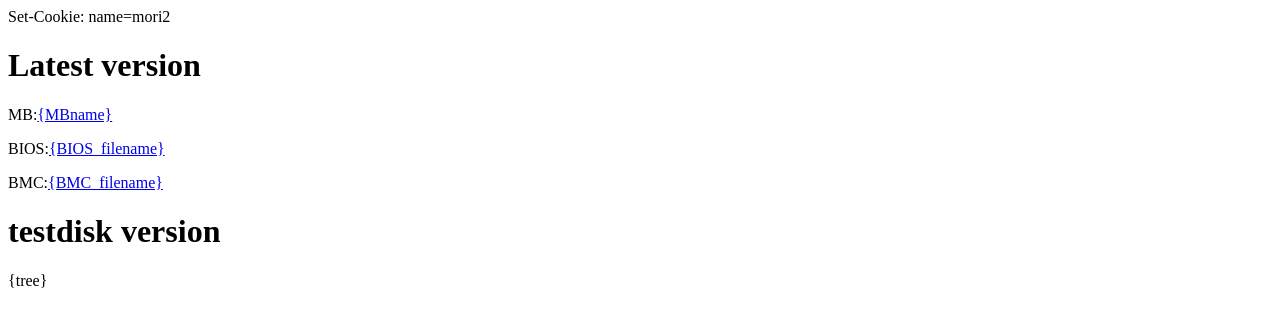
Repository: tttt1213/BIOSversion
Page: result.html
These files come from the project's save history. The page is drawn as it stood at one moment and after the next save; the edit follows.
The browser window is 1280 px wide. The pictures show the whole page.

Above is the page before, as saved 2023-04-07 15:35:38.

After the next save:
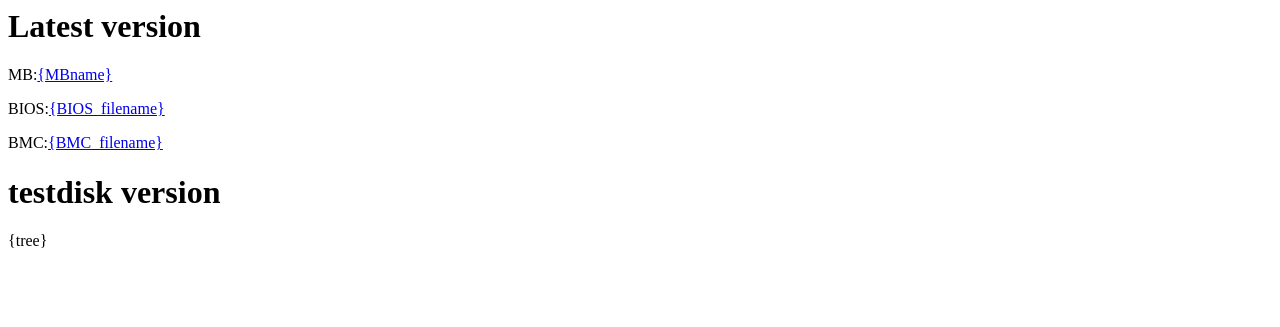
Saved 88 s later.
--- a/result.html
+++ b/result.html
@@ -1,4 +1,4 @@
-Set-Cookie: name=mori2
+<meta)Set-Cookie: name=mori2</meta>
 <html>
 <head>
 <h1>Latest version</h1>

After the 2 saves that followed:
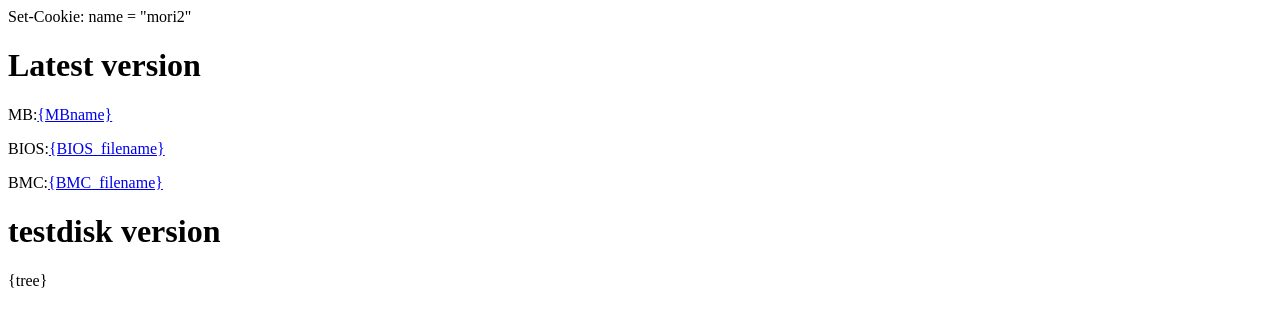
The 2 saves are shown as one change because 1 left the picture as it was.
The last was saved 10 s later.
--- a/result.html
+++ b/result.html
@@ -1,4 +1,4 @@
-<meta)Set-Cookie: name=mori2</meta>
+<meta>Set-Cookie: name = "mori2"</meta>
 <html>
 <head>
 <h1>Latest version</h1>
